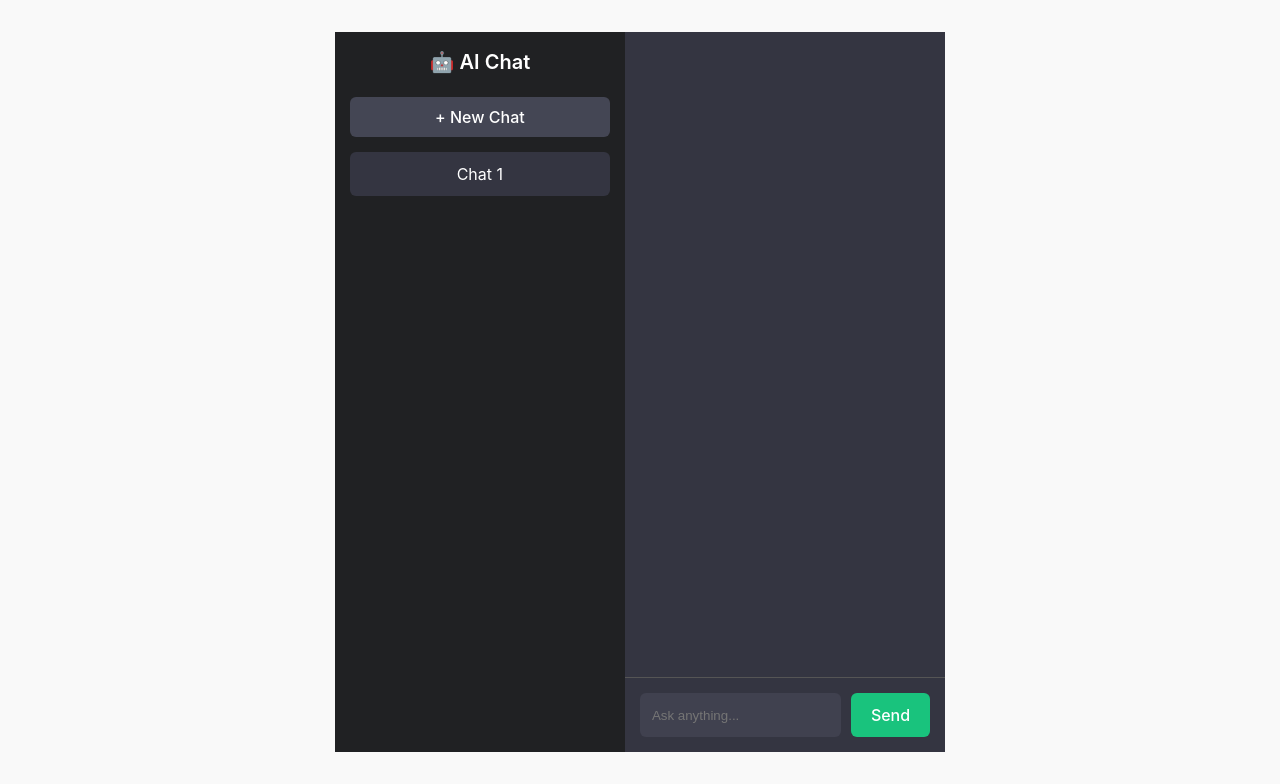
Repository: VanshJaggi12/chatbot1
Page: /
These files come from the project's save history. The page is drawn as it stood at one moment and after the next save; the edit follows.
The browser window is 1280 px wide. The pictures show the whole page.
The page's requests for data from a server got no answer. The project was rebuilt for these pictures with package versions that can differ from the ones it lists, and the page was loaded fresh each time. No one was signed in, and anything a server would have sent is missing. Also part of the build but not shown: vite.config.js, src/components/copybutton.jsx, src/components/chatmessage.jsx. Imported but missing from the stored project, and not drawn on this page: src/components/TypingIndicator.

Above is the page before, as saved 2026-03-11 02:02:38.

### src/main.jsx
import React from "react";
import ReactDOM from "react-dom/client";

import App from "./App";

import "./index.css";

ReactDOM.createRoot(
  document.getElementById("root")
).render(

  <React.StrictMode>
    <App />
  </React.StrictMode>

);

### src/App.jsx
import React, { useState } from "react";

import Sidebar from "./components/Sidebar";
import ChatInput from "./components/ChatInput";
import ChatMessage from "./components/ChatMessage";
import TypingIndicator from "./components/TypingIndicator";

import { sendToGemini } from "./services/geminiService";

import "./styles/App.css";
import "./styles/Sidebar.css";
import "./styles/Chat.css";

function App(){

  const [chats,setChats] = useState([
    { id:1, messages:[] }
  ]);

  const [activeChat,setActiveChat] = useState(1);

  const [loading,setLoading] = useState(false);

  const sendMessage = async(text)=>{

    const updatedChats=[...chats];

    const chat=updatedChats.find(c=>c.id===activeChat);

    chat.messages.push({
      role:"user",
      content:text
    });

    setChats(updatedChats);

    setLoading(true);

    const reply=await sendToGemini(text);

    chat.messages.push({
      role:"bot",
      content:reply
    });

    setChats([...updatedChats]);

    setLoading(false);

  };

  const activeMessages=
    chats.find(c=>c.id===activeChat)?.messages || [];

  return(

    <div className="app">

      <Sidebar
        chats={chats}
        setChats={setChats}
        setActiveChat={setActiveChat}
      />

      <div className="chat-area">

        <div className="messages">

          {activeMessages.map((msg,index)=>(
            <ChatMessage
              key={index}
              message={msg}
            />
          ))}

          {loading && <TypingIndicator/>}

        </div>

        <ChatInput onSend={sendMessage}/>

      </div>

    </div>

  );

}

export default App;

### src/index.css
/* index.css (default Vite + React setup) */

#root {
  max-width: 1280px;
  margin: 0 auto;
  padding: 2rem;
  text-align: center;
}

body {
  margin: 0;
  font-family: Inter, system-ui, Avenir, Helvetica, Arial, sans-serif;
  -webkit-font-smoothing: antialiased;
  -moz-osx-font-smoothing: grayscale;
  background-color: #f9f9f9;
  color: #333;
}

:root {
  font-family: system-ui, Avenir, Helvetica, Arial, sans-serif;
  line-height: 1.5;
  font-weight: 400;

  color-scheme: light dark;
  color: rgba(255, 255, 255, 0.87);
  background-color: #242424;

  font-synthesis: none;
  text-rendering: optimizeLegibility;
  -webkit-font-smoothing: antialiased;
  -moz-osx-font-smoothing: grayscale;
}

a {
  font-weight: 500;
  color: #646cff;
  text-decoration: inherit;
}
a:hover {
  color: #535bf2;
}

body {
  margin: 0;
  display: flex;
  place-items: center;
  min-width: 320px;
  min-height: 100vh;
}

h1 {
  font-size: 3.2em;
  line-height: 1.1;
}

button {
  border-radius: 8px;
  border: 1px solid transparent;
  padding: 0.6em 1.2em;
  font-size: 1em;
  font-weight: 500;
  font-family: inherit;
  background-color: #1a1a1a;
  cursor: pointer;
  transition: border-color 0.25s;
}
button:hover {
  border-color: #646cff;
}
button:focus,
button:focus-visible {
  outline: 4px auto -webkit-focus-ring-color;
}

@media (prefers-color-scheme: light) {
  :root {
    color: #213547;
    background-color: #ffffff;
  }
  a:hover {
    color: #747bff;
  }
  button {
    background-color: #f9f9f9;
  }
}

### src/components/sidebar.jsx
import React from "react";

function Sidebar({ chats, setChats, setActiveChat }) {

  const createChat = () => {

    const newChat = {
      id: Date.now(),
      messages:[]
    };

    setChats([...chats,newChat]);
    setActiveChat(newChat.id);

  };

  return (

    <div className="sidebar">

      <div className="sidebar-title">
        🤖 AI Chat
      </div>

      <button
        className="new-chat-btn"
        onClick={createChat}
      >
        + New Chat
      </button>

      <div className="chat-list">

        {chats.map(chat => (

          <div
            key={chat.id}
            className="chat-item"
            onClick={()=>setActiveChat(chat.id)}
          >
            Chat {chat.id}
          </div>

        ))}

      </div>

    </div>

  );
}

export default Sidebar;

### src/components/chatinput.jsx
import React, { useState } from "react";

function ChatInput({ onSend }) {

  const [input,setInput] = useState("");

  const sendMessage = () => {

    if(!input.trim()) return;

    onSend(input);
    setInput("");

  };

  return (

    <div className="chat-input">

      <input
        type="text"
        placeholder="Ask anything..."
        value={input}
        onChange={(e)=>setInput(e.target.value)}

        onKeyDown={(e)=>{
          if(e.key==="Enter"){
            sendMessage();
          }
        }}
      />

      <button onClick={sendMessage}>
        Send
      </button>

    </div>

  );

}

export default ChatInput;

### src/services/geminiservice.js
const API_KEY = import.meta.env.VITE_GEMINI_API_KEY;

export async function sendToGemini(message){

  try{

    const response = await fetch(
      `https://generativelanguage.googleapis.com/v1beta/models/gemini-pro:generateContent?key=${API_KEY}`,
      {
        method:"POST",
        headers:{
          "Content-Type":"application/json"
        },
        body:JSON.stringify({
          contents:[
            {
              parts:[
                { text: message }
              ]
            }
          ]
        })
      }
    );

    const data = await response.json();

    return data?.candidates?.[0]?.content?.parts?.[0]?.text || "No response";

  }
  catch(error){

    console.error(error);
    return "Error fetching response.";

  }

}

### src/styles/App.css
.app{
  display:flex;
  height:100vh;
  background:#343541;
  color:white;
}

.chat-area{
  flex:1;
  display:flex;
  flex-direction:column;
}

.messages{
  flex:1;
  overflow-y:auto;
  padding:30px;
  display:flex;
  flex-direction:column;
}

### src/styles/sidebar.css
.sidebar{
  width:260px;
  background:#202123;
  padding:15px;
  display:flex;
  flex-direction:column;
}

.sidebar-title{
  font-size:20px;
  font-weight:600;
  margin-bottom:20px;
}

.new-chat-btn{
  padding:10px;
  border:none;
  background:#444654;
  color:white;
  cursor:pointer;
  border-radius:6px;
  margin-bottom:15px;
}

.new-chat-btn:hover{
  background:#555869;
}

.chat-list{
  flex:1;
  overflow-y:auto;
}

.chat-item{
  padding:10px;
  border-radius:6px;
  margin-bottom:8px;
  cursor:pointer;
  background:#343541;
  transition:0.2s;
}

.chat-item:hover{
  background:#444654;
}

### src/styles/chat.css
.message{
  max-width:700px;
  margin-bottom:20px;
  padding:15px;
  border-radius:8px;
  line-height:1.6;
}

.message.user{
  background:#19c37d;
  align-self:flex-end;
}

.message.bot{
  background:#444654;
  align-self:flex-start;
}

.chat-input{
  padding:15px;
  border-top:1px solid #555;
  display:flex;
  gap:10px;
}

.chat-input input{
  flex:1;
  padding:12px;
  background:#40414f;
  border:none;
  color:white;
  border-radius:6px;
}

.chat-input button{
  padding:12px 20px;
  background:#19c37d;
  border:none;
  color:white;
  border-radius:6px;
  cursor:pointer;
}

.chat-input button:hover{
  background:#15a36c;
}

.copy-btn{
  margin-top:6px;
  padding:4px 8px;
  font-size:12px;
  background:#555;
  border:none;
  color:white;
  border-radius:4px;
  cursor:pointer;
}

.copy-btn:hover{
  background:#666;
}

Loaded but not shown: index.html (common file)

After the next save:
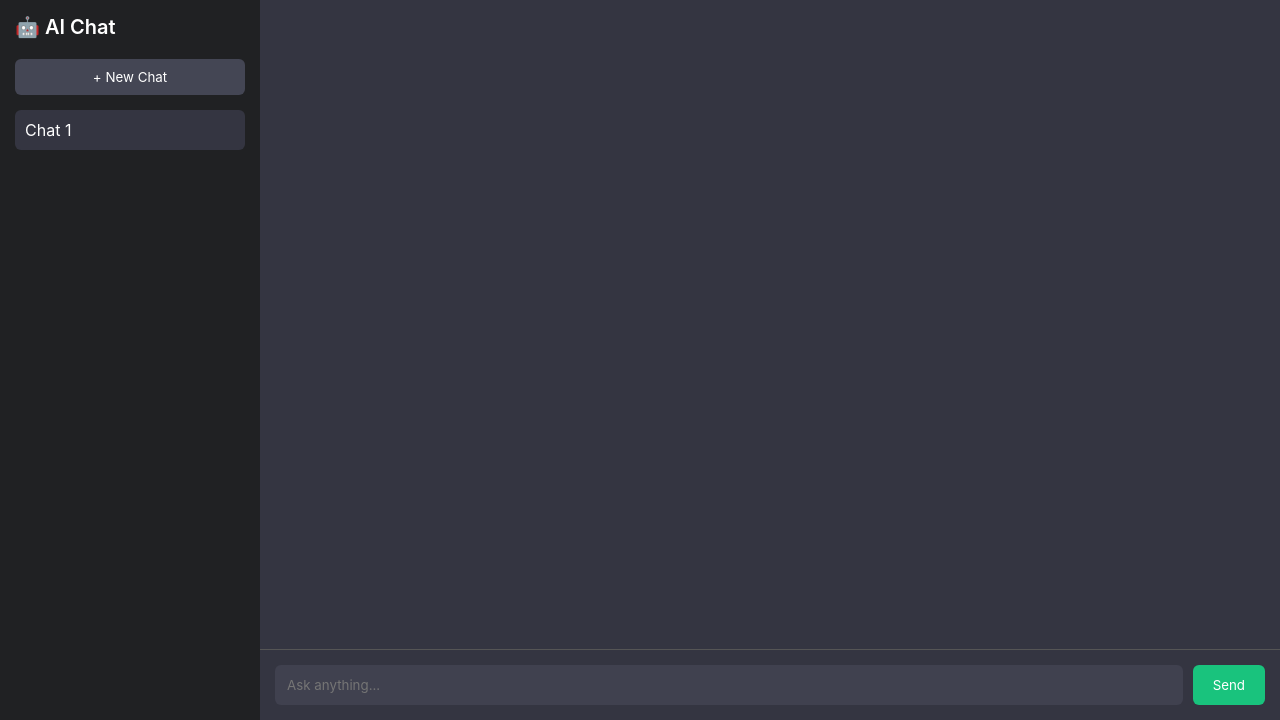
Saved 13 s later.
--- a/src/index.css
+++ b/src/index.css
@@ -1,86 +1,11 @@
-/* index.css (default Vite + React setup) */
-
-#root {
-  max-width: 1280px;
-  margin: 0 auto;
-  padding: 2rem;
-  text-align: center;
+*{
+  margin:0;
+  padding:0;
+  box-sizing:border-box;
+  font-family:"Inter",sans-serif;
 }
 
-body {
-  margin: 0;
-  font-family: Inter, system-ui, Avenir, Helvetica, Arial, sans-serif;
-  -webkit-font-smoothing: antialiased;
-  -moz-osx-font-smoothing: grayscale;
-  background-color: #f9f9f9;
-  color: #333;
+body{
+  background:#343541;
+  color:white;
 }
-
-:root {
-  font-family: system-ui, Avenir, Helvetica, Arial, sans-serif;
-  line-height: 1.5;
-  font-weight: 400;
-
-  color-scheme: light dark;
-  color: rgba(255, 255, 255, 0.87);
-  background-color: #242424;
-
-  font-synthesis: none;
-  text-rendering: optimizeLegibility;
-  -webkit-font-smoothing: antialiased;
-  -moz-osx-font-smoothing: grayscale;
-}
-
-a {
-  font-weight: 500;
-  color: #646cff;
-  text-decoration: inherit;
-}
-a:hover {
-  color: #535bf2;
-}
-
-body {
-  margin: 0;
-  display: flex;
-  place-items: center;
-  min-width: 320px;
-  min-height: 100vh;
-}
-
-h1 {
-  font-size: 3.2em;
-  line-height: 1.1;
-}
-
-button {
-  border-radius: 8px;
-  border: 1px solid transparent;
-  padding: 0.6em 1.2em;
-  font-size: 1em;
-  font-weight: 500;
-  font-family: inherit;
-  background-color: #1a1a1a;
-  cursor: pointer;
-  transition: border-color 0.25s;
-}
-button:hover {
-  border-color: #646cff;
-}
-button:focus,
-button:focus-visible {
-  outline: 4px auto -webkit-focus-ring-color;
-}
-
-@media (prefers-color-scheme: light) {
-  :root {
-    color: #213547;
-    background-color: #ffffff;
-  }
-  a:hover {
-    color: #747bff;
-  }
-  button {
-    background-color: #f9f9f9;
-  }
-}
